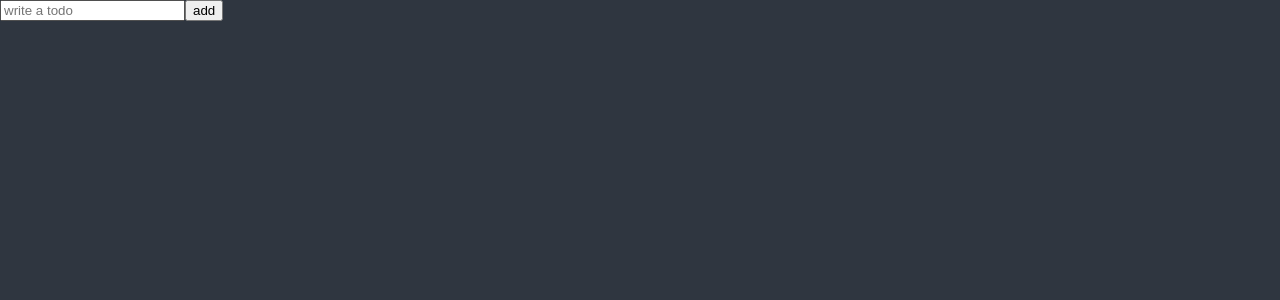
Repository: hesshess/nomad-reactjs-master-todolist
Page: /
An editor plug-in stored every save of this project. The page is shown before and after a run of saves, followed by the edit.
The browser window is 1280 px wide. The pictures show the whole page.
Some web fonts or font styles are not loaded; a fallback is used. The project was rebuilt for these pictures with package versions that can differ from the ones it lists, and the page was loaded fresh each time.

Above is the page before, as saved 2023-11-01 13:12:31.

After the next 2 saves:
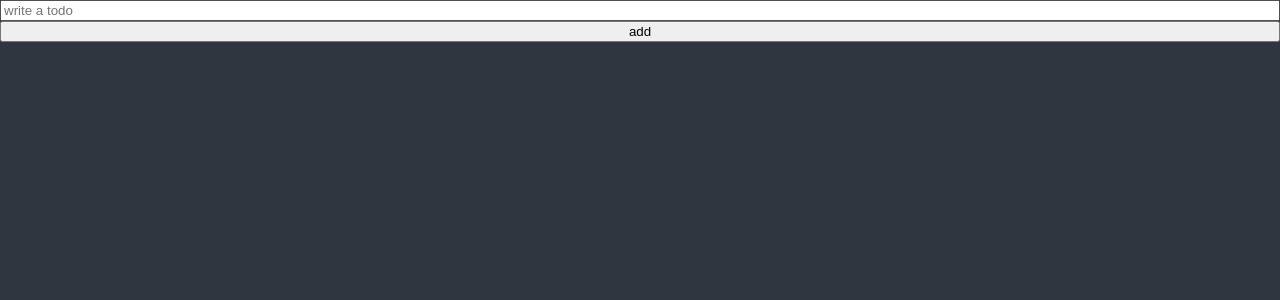
The 2 saves are shown as one change because 1 did not build or start.
The last was saved 6 min 10 s later.
--- a/src/TodoList.tsx
+++ b/src/TodoList.tsx
@@ -23,14 +23,21 @@ function ToDoList(){
 }*/
 
 function ToDoList() {
-  const { register, handleSubmit } = useForm();
+  const { register, handleSubmit, formState } = useForm();
   const onValid = (data: any) => {
     console.log(data);
   };
+  console.log(formState.errors);
   return (
     <div>
-      <form onSubmit={handleSubmit(onValid)}>
-        <input {...register('todo')} placeholder="write a todo" />
+      <form
+        style={{ display: 'flex', flexDirection: 'column' }}
+        onSubmit={handleSubmit(onValid)}
+      >
+        <input
+          {...register('todo', { required: true })}
+          placeholder="write a todo"
+        />
         <button>add</button>
       </form>
     </div>
